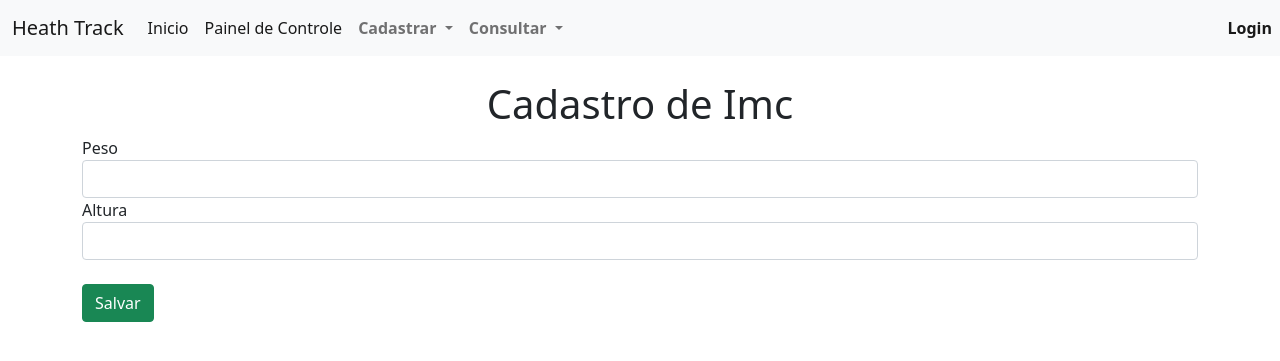
Repository: FellipySantos/HealthTrack_Finalizado
Page: http://localhost/JSPs/cadastro-imc.jsp
An editor plug-in stored every save of this project. The page is shown before and after the next save, followed by the edit.
The browser window is 1280 px wide. The pictures show the whole page.
The page is served by Tomcat 9.

Above is the page before, as saved 2021-11-22 23:22:51.

After the next save:
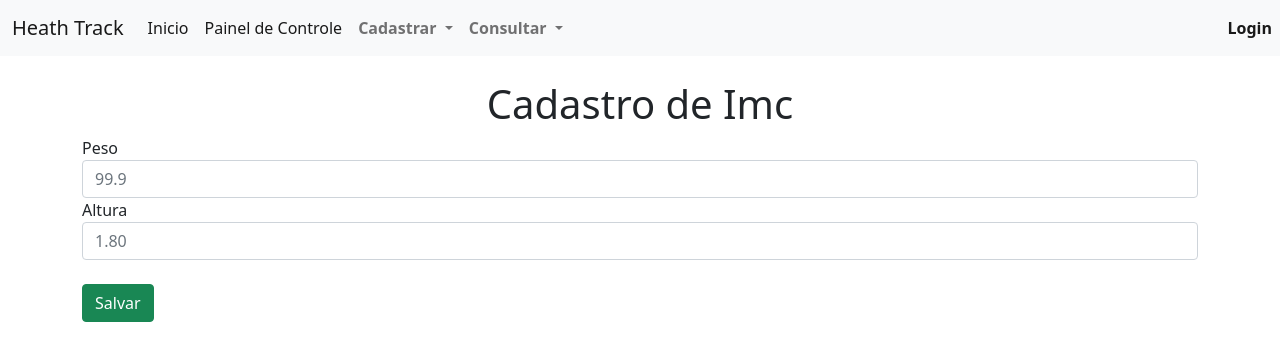
Saved 44 s later.
--- a/JSP/JSPs/WebContent/cadastro-imc.jsp
+++ b/JSP/JSPs/WebContent/cadastro-imc.jsp
@@ -23,11 +23,11 @@
 		<input type="hidden" value="cadastrar" name="acao">
 		<div class="form-group">
 			<label for="id-peso">Peso</label>
-			<input type="text" name="peso" id="id-peso" class="form-control">
+			<input type="text" name="peso" id="id-peso" class="form-control"  placeholder="99.9">
 		</div>
 		<div class="form-group">
 			<label for="id-altura">Altura</label>
-			<input type="text" name="altura" id="id-altura" class="form-control">
+			<input type="text" name="altura" id="id-altura" class="form-control"  placeholder="1.80">
 	    </div>
 		<br>
 		<input type="submit" value="Salvar" class="btn btn-success">
